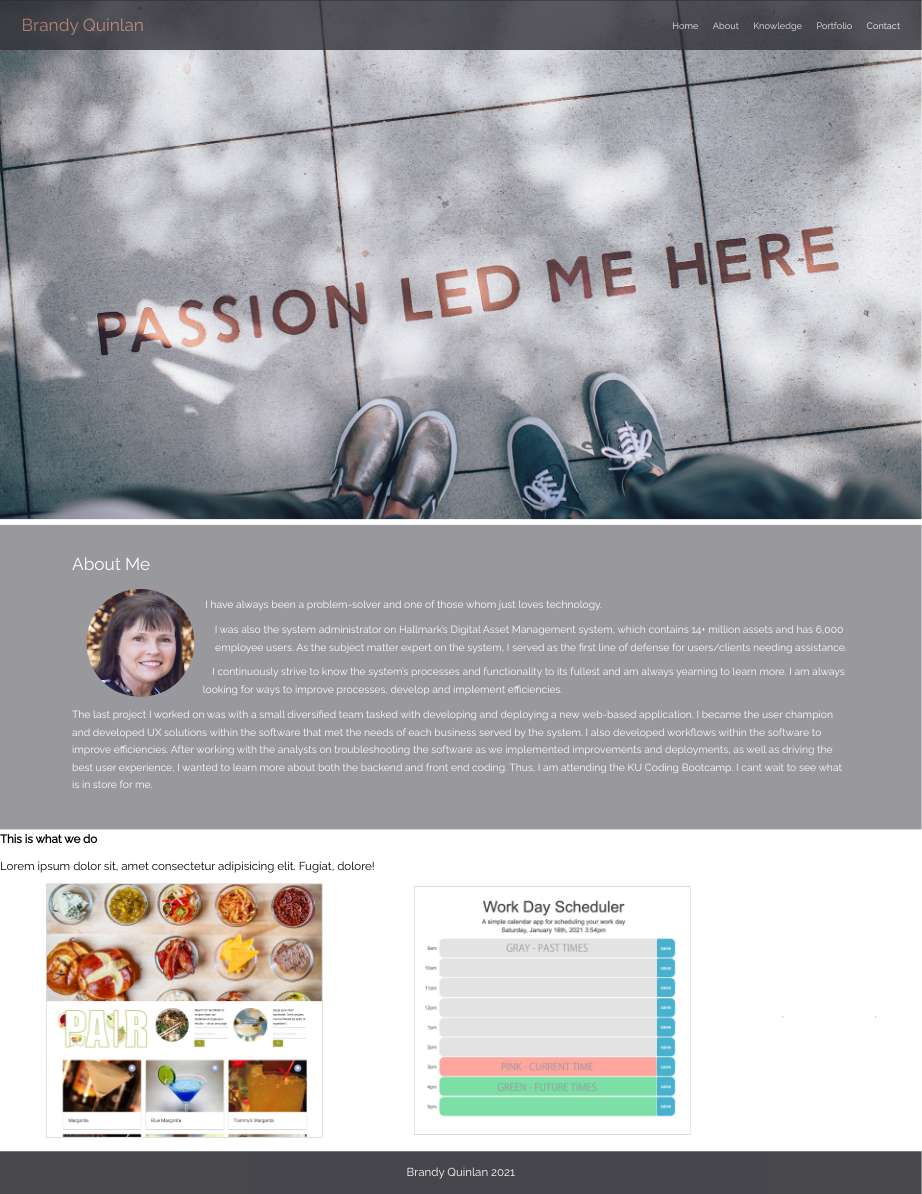
Repository: brandyquinlan/brandyquinlan
Page: index.html
The author's editor kept a copy of each file at every save. The page is drawn from the files as they stood at one save, then again after the next save.
The browser window is 1280 px wide. The pictures show the whole page, at 72% of full size.
Some web libraries are served in a nearby version.

Above is the page before, as saved 2021-02-05 11:34:59.

After the next save:
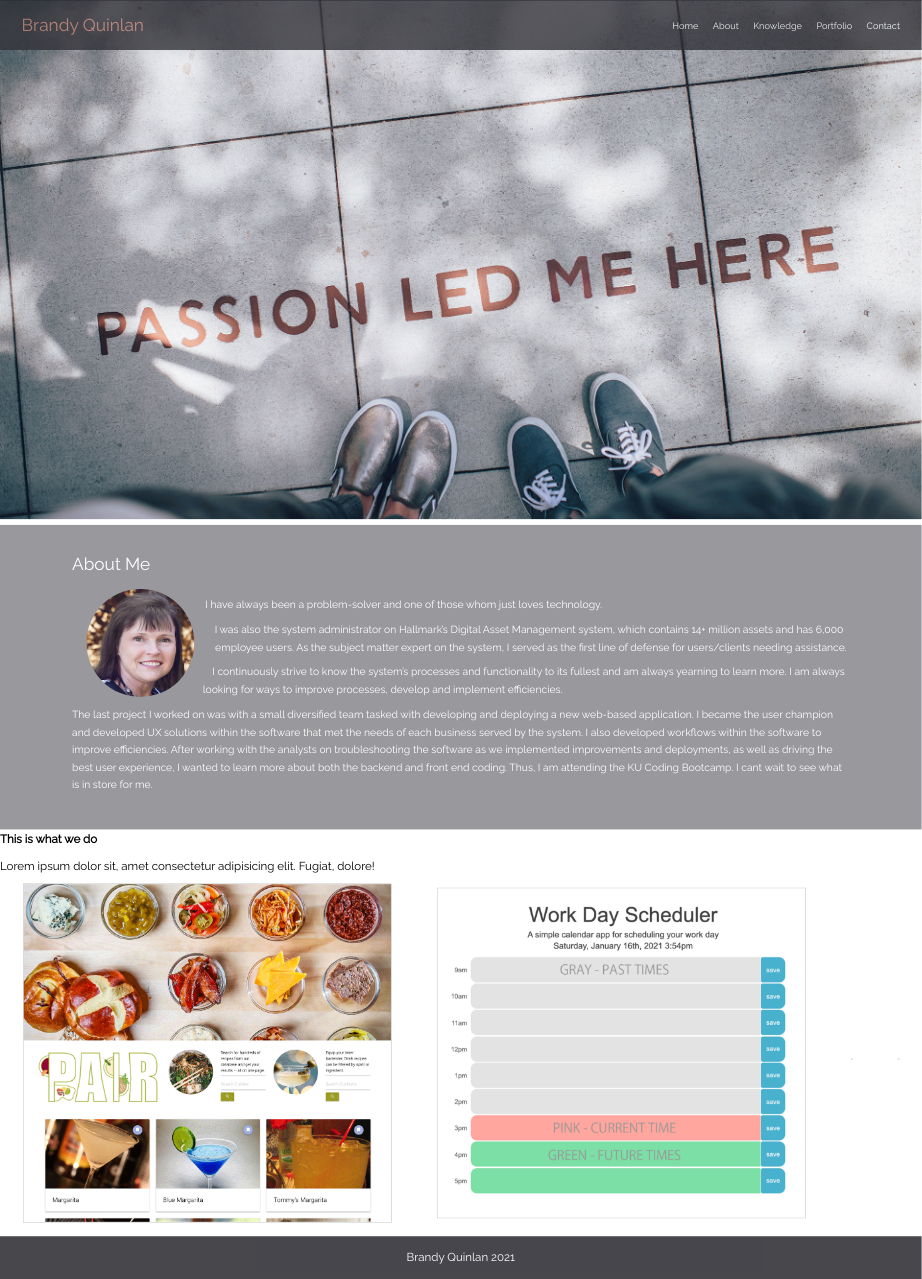
Saved 13 s later.
--- a/css/style.css
+++ b/css/style.css
@@ -126,7 +126,7 @@
 
 .projects img {
     border: #ccc 1px solid;
-    width: 30vw;
+    width: 40vw;
 }
 
 .projectsGallery {

After the save that followed:
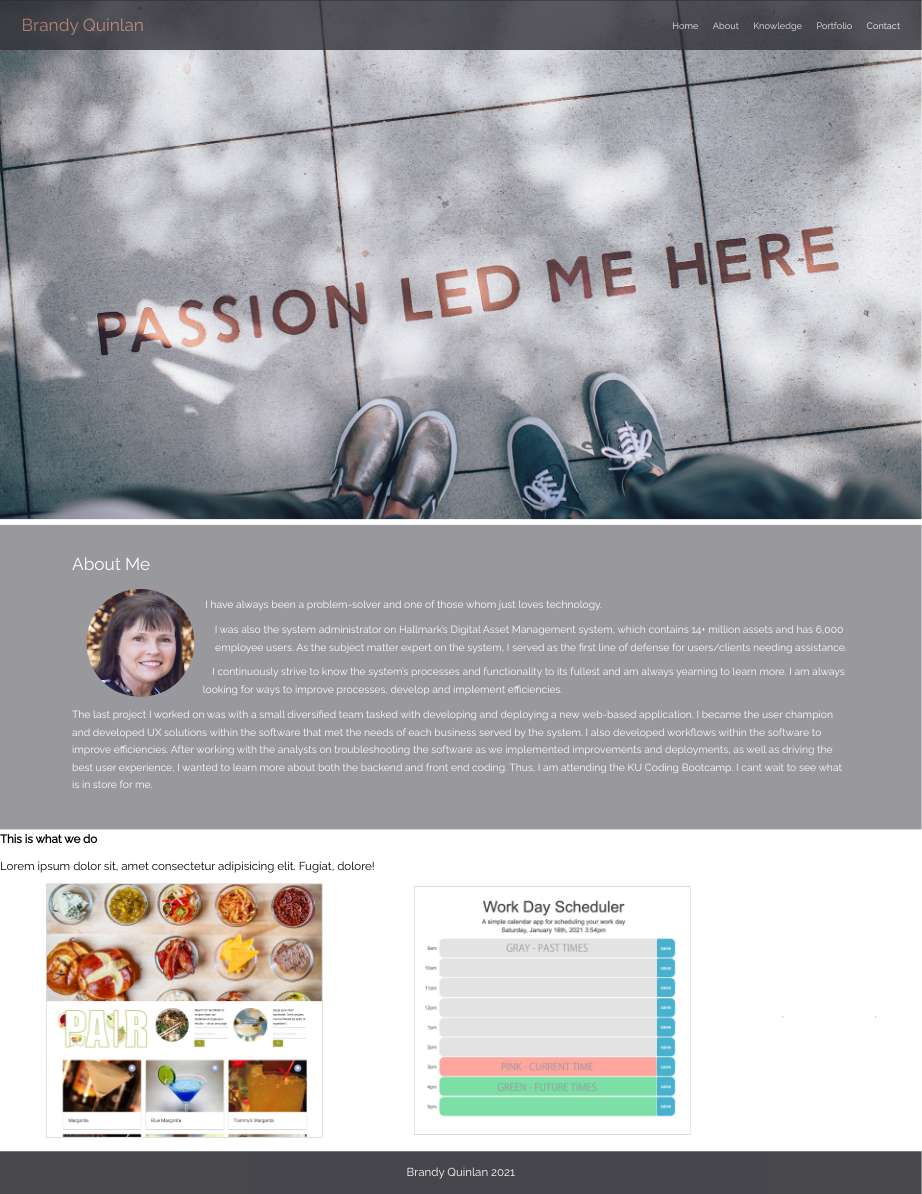
Saved 15 s later.
--- a/css/style.css
+++ b/css/style.css
@@ -126,7 +126,7 @@
 
 .projects img {
     border: #ccc 1px solid;
-    width: 40vw;
+    width: 30vw;
 }
 
 .projectsGallery {
